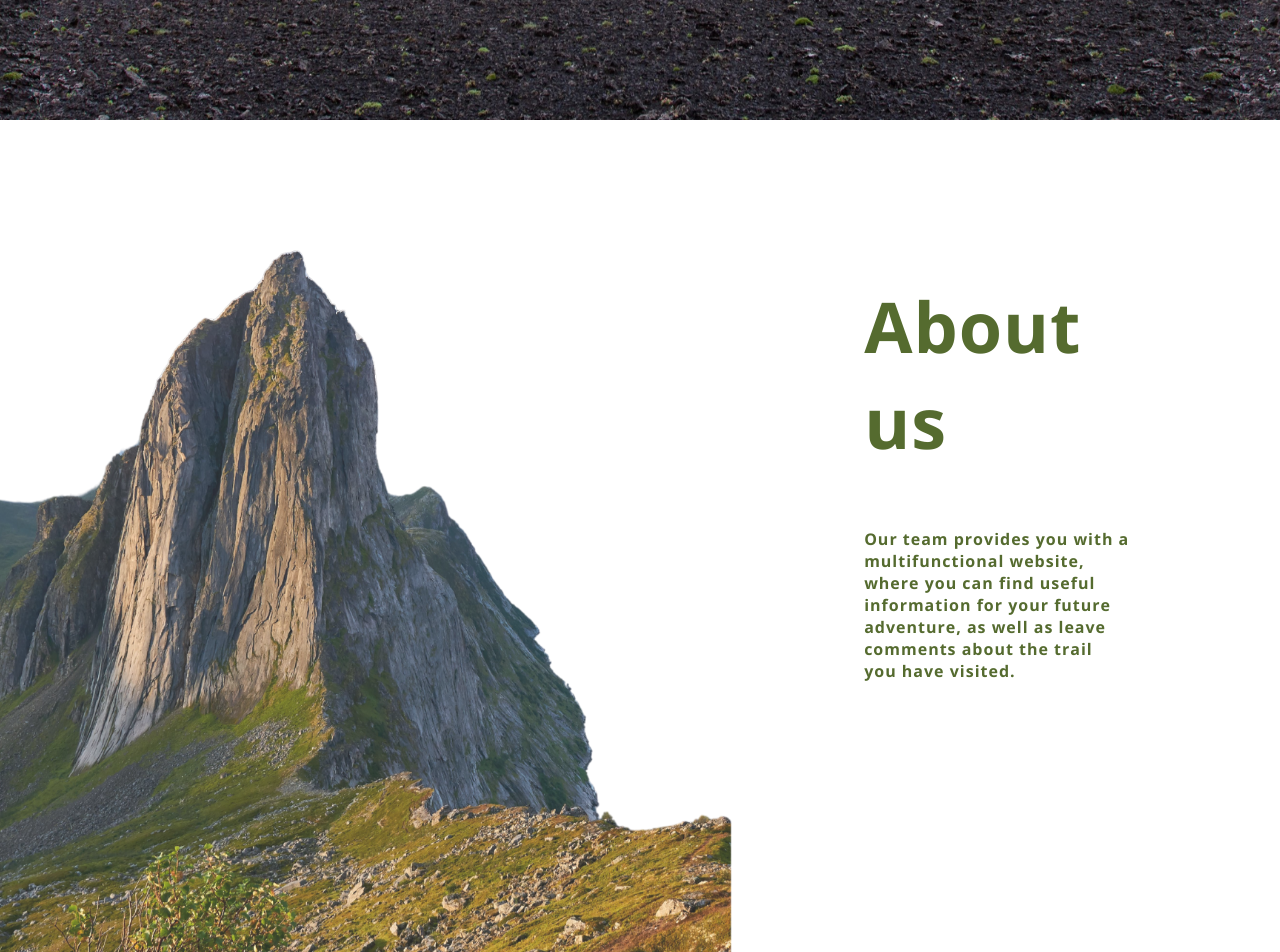
Repository: artembundin/travelrus.github.io
Page: index.html
These files come from the project's save history. The page is drawn as it stood at one moment and after a run of saves; the edit follows.
The browser window is 1280 px wide. The pictures show the part of the page from y = 2680 to 3632 px (the page is 5258 px tall).
A picture or video elsewhere on the page could not be fetched, so the positions and the page height are approximate. Backgrounds fixed to the window are drawn as part of the page. Some web fonts or font styles are not loaded; a fallback is used.

Above is the page before, as saved 2025-05-07 23:10:46.
Console error: TypeError: Cannot read properties of null (reading 'offsetTop')

### index.html
<!DOCTYPE html>
<html lang="en">
  <head>
    <meta charset="UTF-8" />
    <meta name="viewport" content="width=device-width, initial-scale=1.0" />
    <title>Document</title>
    <link rel="stylesheet" href="style.css" />
  </head>
  <body>
    <header class="header">
      <div class="container-header">
        <img src="icons/TRAIL TRIBE (3).svg" alt="" class="anim header-logo" />
        <ul class="header-list">
          <li><a class="active" href="/">HOME</a></li>
          <li><a href="/">BLOG</a></li>
          <li><a href="#inf">DISCOVER</a></li>
          <li><a href="/">ABOUT AS</a></li>
        </ul>
      </div>
    </header>
    <main class="main">
      <section class="join">
        <div class="join-container">
          <div class="text_section">
            <h2>Featured Items</h2>
            <p>
              These are some of the basic things that will be useful to you on a
              hike. See the full list on our blog.
            </p>
          </div>
          <a href="#" class="btn_list" id="newPageButton">BLOG</a>
        </div>
      </section>
      <section class="inf" id='inf'>
        <div class="inf-container">
          <h2 class="inf-caption animate-slidein">Find our most popular camps</h2>
          <div class="cards">
              <div class="cards-content">
                <a href="map.html#mapstore">
                  <img src="images/bvt.jpeg" alt="" class="img">
                </a>
                <div class="cards-text">
                  <h4 class="cards-title">The Big Valdai Trail</h4>
                  <p class="cards-sub-title">Its uniqueness lies in the change of ecological systems: spruce-fir forest, broad-leaved forest, pine forest.</p>
                </div>
              </div>
            <div class="cards-content">
              <a href="map.html#mapstore2">
                <img src="images/30.jpeg" alt="" class="img">
              </a>
              <div class="cards-text">
                <h4 class="cards-title">Through the Mountains to the Sea</h4>
                <p class="cards-sub-title">One of the oldest, most popular traveled tourist routes in the Soviet Union.</p>
              </div>
            </div>
            <div class="cards-content">
              <a href="map.html#mapstore3">
                <img src="images/btt.jpeg" alt="" class="img">
              </a>
              <div class="cards-text">
                <h4 class="cards-title">The Great Baikal Trail</h4>
                <p class="cards-sub-title">The trail will connect three national parks and three reserves.</p>
              </div>
            </div>
          </div>
        </div>
      </section>
      <section class="aboutus">
        <div class="aboutus-container">
          <div class="aboutus-image animate-slideleft"></div>
          <div class="aboutus-text animate-slideright">
            <h2 class="aboutus-title">About us</h2>
            <p class="aboutus-sub-title">Our team provides you with a multifunctional website, where you can find useful information for your future adventure, as well as leave comments about the trail you have visited.</p>
          </div>
        </div>
      </section>
      <section class="stuff-list">
      <h2 class="stuff-list-caption animate-appeir">That is useful for any hike</h2>
      <div class="item">
        <div class="stuff-list-container animate-appeir">
            <div class="stuff-item">
                    <p class="item1_title">Knife</p>
                    <img src="images/knife.svg" alt="/" id="item1">
            </div>
            <div class="stuff-item">
                    <p class="item2_title">Sleeping-bag</p>
                    <img src="images/sleepingbag.svg" alt="/" id="item2">
            </div>
            <div class="stuff-item">
                    <p class="item3_title">Tent</p>
                    <img src="images/tent.svg" alt="/" id="item3">
            </div>
          </div>
      </div>
    </section>
  </main>
  <script src="animation.js"></script>
  </body>
</html>




<!--<h2 class="stuff-list-caption">That is useful for any hike</h2>-->

### style.css
@font-face {
  font-family: 'OpenSans';
  src: url(fonts/OpenSans-Regular.woff2) format('woff2');
  font-weight: 400;
  font-style: normal;
  font-display: swap;
}
@font-face {
  font-family: 'OpenSans';
  src: url(fonts/OpenSans-Bold.woff2) format('woff2');
  font-weight: 700;
  font-style: normal;
  font-display: swap;
}


body {
  margin: 0;
  font-family: 'OpenSans';
  background-color: white;
  color: white;
  font-weight: 550;
}

ul {
  list-style: none;
  padding: 0;
  margin: 0;
}

a {
  text-decoration: none;
  color: white;
}

p {
  display: flex;
  /*animation: pfade linear both;
  animation-timeline: view();
  animation-range: entry 50% cover 50%;*/
}


h1, h2, h3, h4, h5, h6 {
  display: flex;
  /*animation: pfade linear both;
  animation-timeline: view();
  animation-range: entry 50% cover 50%;*/
}


/*@keyframes pfade {
  from {
    opacity: 0;
  }
  to {
    opacity: 1;
  }
} */

a {
  text-decoration: none;
}

/*Шапка*/

.header {
  position: relative;
  text-align: center;
  background-image: url(images/hiking3.jpeg);
  background-attachment: fixed;
  background-size: cover;
  background-position: center;
}

.container-header {
  display: flex;
  flex-direction: column;
  align-items: center;
  max-width: 1200px;
  height: 900px;
  margin-left: auto;
  margin-right: auto;
  padding: 0 15px;
}

.header-logo {
  width: 600px;
  height: 600px;
}



.header-img {
  position: absolute;
  width: 100%;
  height: auto;

  background-image: url(images/hiking3.jpeg);
  /*background-attachment: fixed;
    background-size: cover;
    background-position: center;*/
  z-index: -1;
}

.header-list {
  display: flex;
  gap: 40px;
  margin-top: -100px;
  text-decoration: underline;
  text-underline-offset: 10px;
  opacity: 0.6;
  font-weight: 600;
  font-size: 25px;
  letter-spacing: 3px;
}


/*СЕКЦИЯ 1*/

.main {
  display: inline;
}


.join {
  background-image: url('images/cloudmount.png');
  background-size: contain;
  background-repeat: no-repeat;
  animation: pfade linear both;
  animation-timeline: view();
  animation-range: entry 50% cover 50%;
}

@keyframes pfade {
  from {
    opacity: 0;
  }
  to {
    opacity: 1;
  }
}

.join-container {
  display: flex;
  max-width: 1200px;
  height: 900px;
  padding: 0 15px;
}


.text_section {
  width: 330px;
  height: 500px;
  padding: 100px;
  color: darkolivegreen;
}

.text_section p {
  letter-spacing: 1px;
}

.text_section h2 {
  font-size: 70px;
  font-weight: 700;
}

/*Кнопка*/

.btn_list {
  position: relative;
  text-align: center;
  padding: 5px 10px;
  width: 200px;
  height: 30px;
  top: 550px ;
  right: 430px;
  font-size: 20px;
  color: darkolivegreen;

  background-color: white;
  border-radius: 17px;
  box-shadow: 5px 5px 5px 3px #8a8a8a;
  cursor: pointer;
  transition: .3s;
}

.btn_list:active {
  transform: translateY(4px);
  box-shadow: 0 5px 0 darkgreen;
}


/*Конец кнопки*/



/*СЕКЦИЯ 2*/

.inf {
  background-image: url(images/holm.png);
  background-attachment: fixed;
  background-size: 1200px 900px;
  background-repeat: no-repeat;
  color: #AFD2F2;

}


.inf-caption {
  display: flex;
  justify-content: center;
  font-size: 60px;
  font-weight: 700;
  margin-top: 100px;
  margin-bottom: 200px;

  color: white;
}

@keyframes slidein {
  from {
    transform: translateX(-100%);
    opacity: 0;
  }
  to {
    transform: translateX(0);
    opacity: 1;
  }
}

.inf-caption.animate-slidein {
  animation: slidein;
  animation-duration: 2s;
  animation-timing-function: linear forwards;
  animation-iteration-count: 1;
}

.inf-container {
  max-width: 1200px;
  height: 900px;
  padding: 0 15px;
}

@keyframes fadein {
  from {
    opacity: 0;
  }
  to {
    opacity: 1;
  }
}

.cards {
  display: flex;
  justify-content: center;
  gap: 100px;
  animation: pfade linear both;
  animation-timeline: view();
  animation-range: entry 50% cover 50%;
}

.cards-content {
  display: flex;
  position: relative;
  justify-content: center;
  align-items: center;
  overflow: hidden;




  /*width: 400px;
  border-radius: 20px;
  margin-top: 200px;
  text-align: center;*/
}


.img {
  width: 400px;
  height: 300px;
  border: 3px solid #2E2C33;




  /*max-width: 100%;
  height: 350px;
  object-fit: cover;
  border-radius: 15px;*/
}

.cards-text {
  width: 200px;
  height: 200px;
  background-color: white;
  padding: 1.5rem 2rem;
  box-shadow: 0 8px 24px hsla(0, 0%, 0%, .15);
  border-radius: 1rem;
  position: absolute;
  bottom: -9rem;
  opacity: 0;
  transition: opacity 1s 1s;
}

.cards-title {
  font-size: 28px;
  font-weight: 700;
  margin-bottom: .75rem;
}



.cards-sub-title {
  font-size: 13px;
  font-weight: 400;

}

.cards-content:hover .cards-text{
  animation: show-text 1s forwards;
  opacity: 1;
  transition: opacity .3s;
}

.cards-content {
  animation-name: remove-overflow;
  animation: remove-overflow 2s forwards;

}

.cards-content:not(:hover) {
  animation: show-overflow 2s forwards;
}

.cards-content:not(:hover) .cards-text {
  animation: remove-text 1s forwards;
}

@keyframes show-text {
  50% {
    transform: translateY(-10rem);
  }
  100% {
    transform: translateY(-7rem);
  }
}

@keyframes remove-overflow {
  to {
    overflow: initial;
  }
}

@keyframes remove-text {
  0% {
    transform: translateY(-7rem);
  }
  50% {
    transform: translateY(-10rem);
  }
  100% {
    transform: translateY(.5rem);
  }
}

@keyframes show-overflow {
  0% {
    overflow: initial;
    pointer-events: none;
  }
  50% {
    overflow: hidden;
  }
}


/*СЕКЦИЯ 3 */



.aboutus {
  color: darkolivegreen;
}


.aboutus-container {
  display: flex;

  max-width: 1700px;
  height: 800px;
  margin-top: 100px;
  margin-bottom: 150px;
}


.aboutus-image {
  background-image: url(images/goraaa.png);
  background-size: cover;
  background-repeat: no-repeat;
  width: 1300px;
  height: 800px;
}

@keyframes slideleft {
  from{
    transform: translateX(-100%);
    opacity: 0;
  }
  to {
    transform: translate(0);
    opacity: 1;
  }
}

.aboutus-image.animate-slideleft {
  animation: slideleft;
  animation-duration: 5s;
  animation-timing-function: linear forwards;
  animation-iteration-count: 1;
}

.aboutus-text {
  width: 400px;
  height: 300px;
  text-align: left;
  letter-spacing: 1px;
  margin-right: 150px;
}

/*.aboutus-text.animate-slideright {
  animation: none;
  animation: slideright;
  animation-duration: 4s;
  animation-timing-function: linear forwards;
  animation-iteration-count: 1;
}

@keyframes slideright {
  from {
    transform: translateX(100%);
  }
  to {
    transform: translateX(0);
  }
}*/

.aboutus-title {
  font-size: 70px;
  justify-content: left;
}



/*СЕКЦИЯ 3*/


/*.cards {
  display: flex;
  justify-content: center;
  gap: 170px;
} карточки секция */

@keyframes appeir {
  from {
    opacity: 0;
  }
  to {
    opacity: 1;
  }
}

.stuff-list-caption {
  display: flex;
  justify-content: center;
  font-size: 65px;
  font-weight: 700;
  color: darkolivegreen;

}

.stuff-list-caption.animate-appeir {
  animation: appeir;
  animation-duration: 6s;
  animation-timing-function: linear forwards;
  animation-iteration-count: 1;
}

.stuff-list-container.animate-appeir {
  display: grid;
  grid-template-columns: 0.25fr 0.25fr;
  grid-template-rows: 600px 600px;
  gap: 20px;
  max-width: 1200px;
  height: 800px;
  margin-top: 100px;


    /*animation: appeir2 ;
    animation-duration: 1s;
    animation-timing-function: ease-in forwards;
    animation-delay: 1s;
    animation-iteration-count: 1;*/

}

/*@keyframes appeir2 {
  from {
    opacity: 0;
  }
  to {
    opacity: 1;
  }
}*/

.stuff-list {
  color: white;
}


.item {
  background-image: url(/images/sumka.png);
  background-size: 1300px 800px;
  background-repeat: no-repeat;
  background-position: center;
}


#item1 {
  background-color: lemonchiffon;
  position: relative;
  left: 490px;
  top: 160px;
}



#item2 {
  background-color: lightpink;
  position: relative;
  left: 390px;
  top: 130px;
}



#item3 {
  background-color: lightsteelblue;
  position: relative;
  left: 530px;
  bottom: 230px;
}

.item1_title {
  position: relative;
  left: 490px;
  top: 160px;
  font-size: 17px;
}

.item2_title {
  position: relative;
  left: 390px;
  top: 130px;
  font-size: 17px;
}

.item3_title {
  position: relative;
  left: 530px;
  bottom: 230px;
  font-size: 17px;
}

/* В конец файла добавим медиа-запросы */

/* Для планшетов */
@media screen and (max-width: 1024px) {
  .container-header {
    height: 700px;
  }

  .header-logo {
    width: 400px;
    height: 400px;
  }

  .header-list {
    font-size: 20px;
    gap: 20px;
  }

  .join-container {
    width: 100%;
    padding: 0 20px;
  }

  .text_section {
    padding: 50px;
  }

  .text_section h2 {
    font-size: 50px;
  }

  .cards {
    flex-wrap: wrap;
    gap: 50px;
  }

  .img {
    width: 300px;
    height: 225px;
  }

  .aboutus-container {
    flex-direction: column;
    height: auto;
  }

  .aboutus-image {
    width: 100%;
    height: 500px;
  }

  .aboutus-text {
    width: 100%;
    margin: 20px;
  }
}

/* Для мобильных устройств */
@media screen and (max-width: 768px) {
  .container-header {
    height: 500px;
  }

  .header-logo {
    width: 300px;
    height: 300px;
  }

  .header-list {
    font-size: 16px;
    gap: 15px;
    flex-direction: column;
  }

  .text_section h2 {
    font-size: 40px;
  }

  .btn_list {
    right: 200px;
  }

  .inf-caption {
    font-size: 40px;
    margin: 50px 0;
  }

  .cards-content {
    width: 100%;
  }

  .img {
    width: 100%;
    max-width: 300px;
  }

  .stuff-list-container {
    grid-template-columns: 1fr;
    grid-template-rows: auto;
  }

  #item1, #item2, #item3,
  .item1_title, .item2_title, .item3_title {
    left: 50%;
    transform: translateX(-50%);
    position: relative;
    top: 0;
    bottom: 0;
  }

  .stuff-list-caption {
    font-size: 40px;
    text-align: center;
  }
}

/* Для маленьких экранов */
@media screen and (max-width: 480px) {
  .header-logo {
    width: 200px;
    height: 200px;
  }

  .text_section {
    width: 100%;
    padding: 20px;
  }

  .text_section h2 {
    font-size: 30px;
  }

  .btn_list {
    width: 150px;
    right: 100px;
  }
}

### animation.js
window.addEventListener('scroll', function() {
    var infCaption = document.querySelector('.inf-caption');
    var infOffsetTop = infCaption.offsetTop;
    var windowHeight = window.innerHeight;
    var scrollTop = window.scrollY;

    if (scrollTop > infOffsetTop - windowHeight) {
    infCaption.classList.add('animate-slidein');
    }
    else {
    infCaption.classList.remove('animate-slidein');
    }
});

window.addEventListener('scroll', function() {
    var aboutusSection = document.querySelector('.aboutus');
    var aboutusOffsetTop = aboutusSection.offsetTop;
    var windowHeight = window.innerHeight;
    var scrollTop = window.scrollY;

    if (scrollTop > aboutusOffsetTop - windowHeight) {
    document.querySelector('.aboutus-image').classList.add('animate-slideleft');
    document.querySelector('.aboutus-text').classList.add('animate-slideright');
    }
    else {
    document.querySelector('.aboutus-image').classList.remove('animate-slideleft');
    document.querySelector('.aboutus-text').classList.remove('animate-slideright');
    }
});


window.addEventListener('scroll', function() {
    var stuffSection = document.querySelector('.stuff-list');
    var stuffOffsetTop = stuffSection.offsetTop;
    var windowHeight = window.innerHeight;
    var scrollTop = window.scrollY;

    if (scrollTop > stuffOffsetTop - windowHeight) {
    document.querySelector('.stuff-list-caption').classList.add('animate-appeir');
    }
    else {
    document.querySelector('.stuff-list-caption').classList.remove('animate-appeir');
    }
});

document.addEventListener('scroll', function() {
    var stuffSection = document.querySelector('.stuff-list-container');
    var windowHeight = window.innerHeight;
    var stuffOffsetTop = stuffSection.offsetTop;
    var scrollTop = window.scrollY;

    if (scrollTop > stuffOffsetTop - windowHeight) {
        stuffSection.classList.add('animate-appeir');
    } else {
        stuffSection.classList.remove('animate-appeir');
    }
});

document.addEventListener('scroll', function() {
    var footer = document.querySelector('.footer');
    var windowHeight = window.innerHeight;
    var footerOffsetTop = footer.offsetTop;
    var scrollTop = window.scrollY;

    if (scrollTop > footerOffsetTop - windowHeight) {
        footer.classList.add('animate-appeir-footer');
    } else {
        footer.classList.remove('animate-appeir-footer');
    }
});

document.addEventListener('scroll', function() {
    var socialContainer = document.querySelector('.social-container');
    var windowHeight = window.innerHeight;
    var socialContainerOffsetTop = socialContainer.offsetTop;
    var scrollTop = window.scrollY;

    if (scrollTop > socialContainerOffsetTop - windowHeight) {
        socialContainer.classList.add('animate-appeir3');
    } else {
        socialContainer.classList.remove('animate-appeir3');
    }
});

const newPageButton = document.getElementById('newPageButton');

newPageButton.addEventListener('click', function() {
    window.open('blog.html');
});

After the next 2 saves:
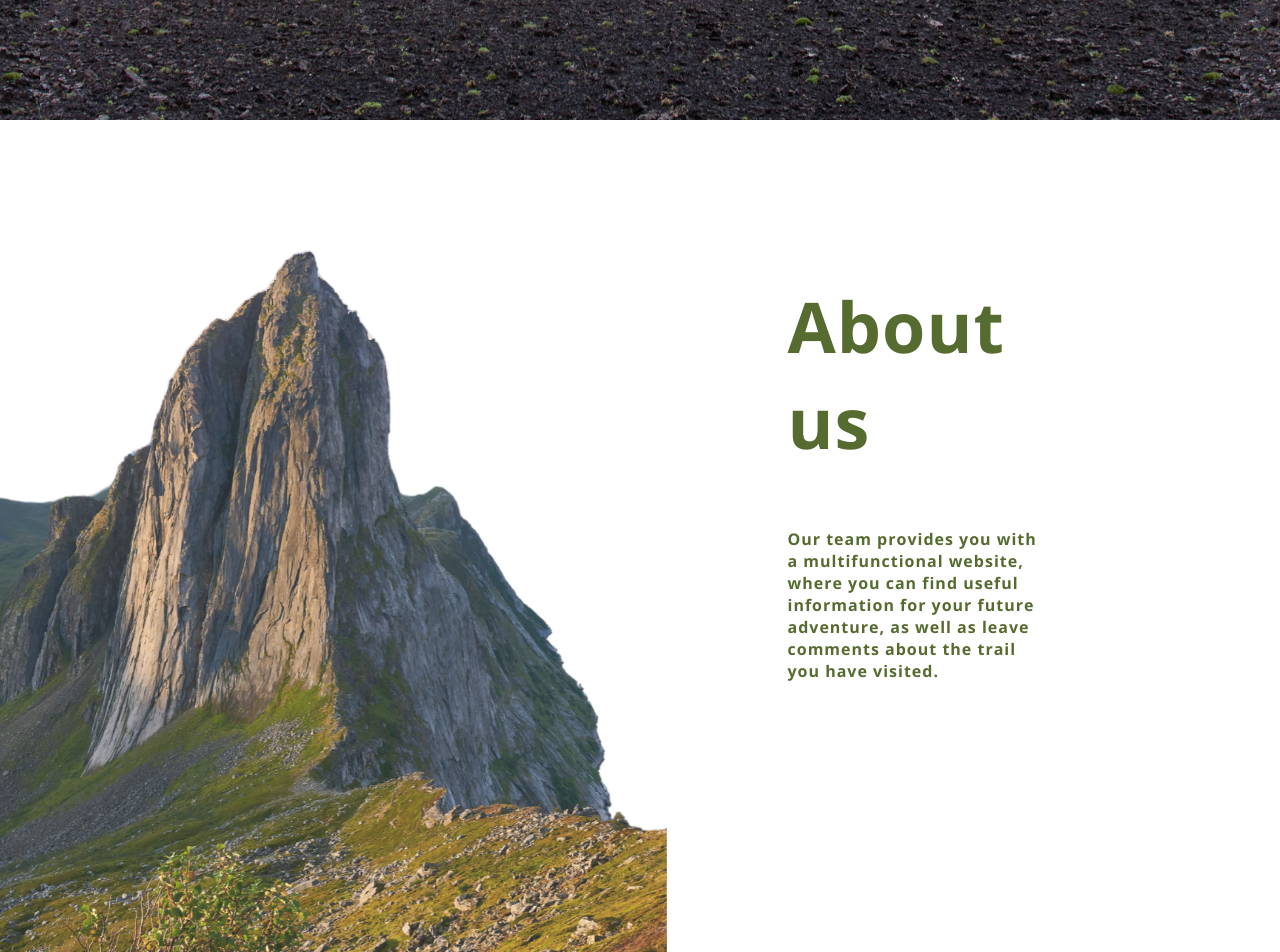
The 2 saves are shown as one change because they came seconds apart.
The last was saved 23 s later.
--- a/style.css
+++ b/style.css
@@ -388,7 +388,7 @@ a {
 .aboutus-container {
   display: flex;
 
-  max-width: 1700px;
+  max-width: 1200px;
   height: 800px;
   margin-top: 100px;
   margin-bottom: 150px;
@@ -399,7 +399,7 @@ a {
   background-image: url(images/goraaa.png);
   background-size: cover;
   background-repeat: no-repeat;
-  width: 1300px;
+  width: 1200px;
   height: 800px;
 }
 
